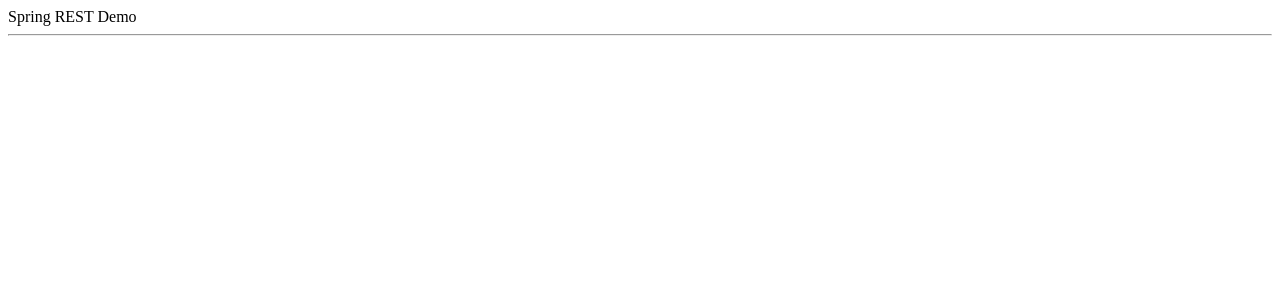
Repository: Iron3hide/MySpringProjects
Page: http://localhost/spring-rest-demo/
An editor plug-in stored every save of this project. The page is shown before and after the next save, followed by the edit.
The browser window is 1280 px wide. The pictures show the whole page.
The page is served by Tomcat 9. Other server files are loaded and not shown.

Above is the page before, as saved 2022-05-23 14:17:05.

### spring-rest-demo/src/main/webapp/index.jsp
<html>
<body>

Spring REST Demo

<hr>

</body>

</html>

After the next save:
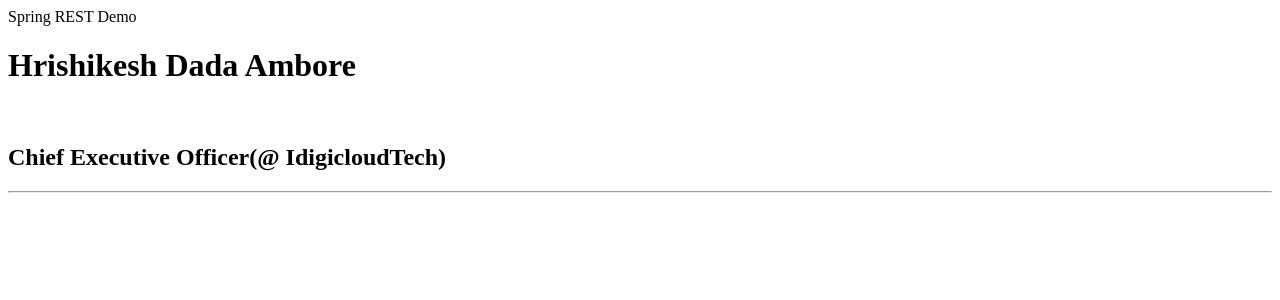
Saved 4 min 14 s later.
--- a/spring-rest-demo/src/main/webapp/index.jsp
+++ b/spring-rest-demo/src/main/webapp/index.jsp
@@ -2,6 +2,11 @@
 <body>
 
 Spring REST Demo
+<div>
+<h1>Hrishikesh Dada Ambore</h1>
+<br>
+<h2>Chief Executive Officer(@ IdigicloudTech)</h2>
+</div>
 
 <hr>
 
